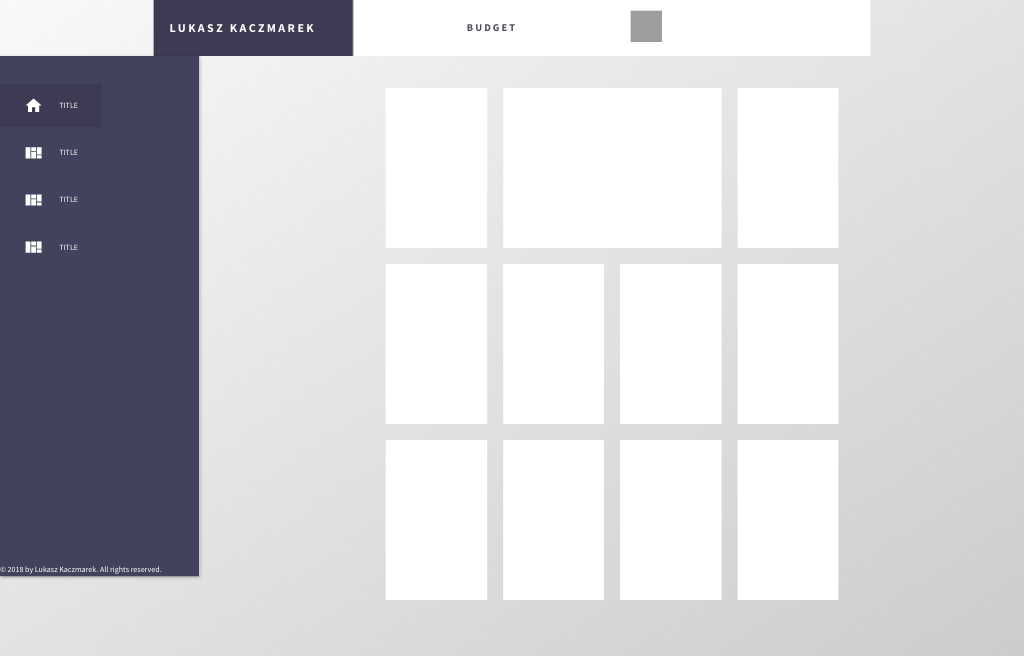
Repository: Archezi/BudgetApplication
Page: index.html
The author's editor kept a copy of each file at every save. The page is drawn from the files as they stood at one save, then again after the next save.
The browser window is 1280 px wide. The pictures show the whole page, at 80% of full size.
Pictures or frames that could not be fetched are drawn as grey boxes. The style sheet was rebuilt from its Sass, Less or Tailwind sources for each picture, by a compiler version that may differ from the author's.

Above is the page before, as saved 2018-08-29 11:18:14.

### index.html
<!DOCTYPE html>
<html lang="en">
<head>
    <meta charset="UTF-8">
    <meta name="viewport" content="width=device-width, initial-scale=1.0">
    <meta http-equiv="X-UA-Compatible" content="ie=edge">
    <link href="https://fonts.googleapis.com/css?family=Source+Sans+Pro:300,400,700" rel="stylesheet">
    <!--Import Google Icon Font-->
    <link href="https://fonts.googleapis.com/icon?family=Material+Icons" rel="stylesheet">
    <!--Import materialize.css-->
    <link type="text/css" rel="stylesheet" href="css/materialize.min.css"  media="screen,projection"/>
    <!-- Website style.css-->
    <link rel="stylesheet" href="css/style.comp.css">

    <title>Budget Application</title>

</head>
<body>
   <div class="container">
        <header class="header">
            <div class="logo">
                <h1>Lukasz Kaczmarek</h1>
            </div>
            <div class="page_title">
                <h2>Budget</h2>
            </div>
            <div class="user-nav">
                <div class="user-nav__icon"></div>
                <div class="user-nav__profile">
                    <img src="https://source.unsplash.com/random/40x40" alt="">
                </div>
            </div>
        </header>

        <div class="content">
            <nav class="sidebar">
                <ul class="side-nav">
                    <li class="side-nav__item side-nav__item--active">
                        <a href="#" class="side-nav__link">
                                <svg class="side-nav__icon" style="width:24px;height:24px" viewBox="0 0 24 24">
                                    <path fill="#fff" d="M10,20V14H14V20H19V12H22L12,3L2,12H5V20H10Z" />
                                </svg>
                            <span>Title</span>
                        </a>
                    </li>
                    <li class="side-nav__item ">
                        <a href="#" class="side-nav__link">
                            <svg class="side-nav__icon" style="width:24px;height:24px" viewBox="0 0 24 24">
                                <path fill="#000000" d="M2,5V19H8V5H2M9,5V10H15V5H9M16,5V14H22V5H16M9,11V19H15V11H9M16,15V19H22V15H16Z" />
                            </svg>
                            <span>Title</span>
                        </a>
                    </li>
                    <li class="side-nav__item ">
                        <a href="#" class="side-nav__link">
                            <svg class="side-nav__icon" style="width:24px;height:24px" viewBox="0 0 24 24">
                                <path fill="#000000" d="M2,5V19H8V5H2M9,5V10H15V5H9M16,5V14H22V5H16M9,11V19H15V11H9M16,15V19H22V15H16Z" />
                            </svg>
                            <span>Title</span>
                        </a>
                    </li>
                    <li class="side-nav__item ">
                        <a href="#" class="side-nav__link">
                            <svg class="side-nav__icon" style="width:24px;height:24px" viewBox="0 0 24 24">
                                <path fill="#000000" d="M2,5V19H8V5H2M9,5V10H15V5H9M16,5V14H22V5H16M9,11V19H15V11H9M16,15V19H22V15H16Z" />
                            </svg>
                            <span>Title</span>
                        </a>
                    </li>
                </ul>

                <div class="legal">
                    &copy; 2018 by Lukasz Kaczmarek. All rights reserved.
                </div>
            </nav>

            <div class="main">
                <div class="budget">
                    <div class="income-panel"> </div>
                    <div class="history-panel"></div>
                    <div class="expenses-panel"></div>
                </div>
                <div class="statistics">
                    <div class="net-profit-panel"></div>
                    <div class="tax-panel"></div>
                    <div class="savings-panel"></div>
                    <div class="projections"></div>

                </div>
                <div class="statistics">
                    <div class="net-profit-panel"></div>
                    <div class="tax-panel"></div>
                    <div class="savings-panel"></div>
                    <div class="projections"></div>

                </div>



            </div>


        </div>




   </div>

   <!-- Compiled and minified JavaScript -->
   <script src="https://cdnjs.cloudflare.com/ajax/libs/materialize/1.0.0-rc.2/js/materialize.min.js"></script>
</body>
</html>

### sass/main.scss
@import "base/reset";
@import "base/base";
@import "base/typography";

@import "abstracts/variables";
@import "components/mainComponent";
@import "components/layout";

### sass/base/_base.scss
:root {
    --color-primary: #eb2f64;
    --color-primary-light: #FF3366;
    --color-primary-dark: #BA265D;

    --color-background-dark: #3C3B53;
    --color-background-light: #43425D;

    --color-grey-light-1: #faf9f9;
    --color-grey-light-2: #f4f2f2;
    --color-grey-light-3: #f0eeee;
    --color-grey-light-4: #ccc;

    --color-grey-dark-1: #333;
    --color-grey-dark-2: #4D4F5C;
    --color-grey-dark-3: #999;
    --color-white: #fff;
    --shadow-dark: 0 2rem 6rem rgba(0,0,0,.3);
    --shadow-light: 0 2rem 5rem rgba(0,0,0,.06);

    --line: 1px solid var(--color-grey-light-2);
}

$bp-largest: 75em;     // 1200px
$bp-large: 68.75em;    // 1100px
$bp-medium: 56.25em;   // 900px
$bp-small: 37.5em;     // 600px
$bp-smallest: 31.25em; // 500px

* {
    margin: 0;
    padding: 0;
}

*,
*::before,
*::after {
    box-sizing: inherit;
}

html {
    box-sizing: border-box;
    font-size: 62.5%; // 1rem = 10px, 10px/16px = 62.5%

    @media only screen and (max-width: $bp-large) {
        font-size: 50%;
    }
}

body {


    color: var(--color-grey-dark-2);
    background-image: linear-gradient(to right bottom, var(--color-grey-light-1), var(--color-grey-light-4));
    background-size: cover;
    background-repeat: no-repeat;

    min-height: 100vh;
}

### sass/base/_typography.scss
body {

    font-weight: 400;
    line-height: 1.6;
    font-family: 'Source Sans Pro', sans-serif;
    text-rendering: optimizeLegibility;
    -webkit-font-smoothing: antialiased;

}

### sass/abstracts/_variables.scss
$header-height: 7rem;
$sidebar-width: 25rem;

$fraction: 1fr;

### sass/components/_mainComponent.scss

//////////////////////////////////////////
// Header

.logo {
    width: 25rem;
    padding: 0 2rem;

    border-right: var(--line);
    background: var(--color-background-dark);
    h1 {

        align-self: center;
        font-size: 1.5rem;
        font-weight: 700;
        line-height: 2rem;
        letter-spacing: 0.2em;
        text-transform: uppercase;
        padding: 2.5rem 0;
        color: var(--color-white);

    }
}
.page_title {
    width: 30rem;
    text-align: center;
    h2 {
        font-size: 1.3rem;
        font-weight: 700;
        letter-spacing: 0.2em;
        text-transform: uppercase;
    }
}
.user-nav {
    width: 30rem;
}



.side-nav {
    font-size: 1.5rem;
    list-style: none;
    margin-top: 3.5rem;

    &__item {
        position: relative;

        &:not(:last-child) {
            margin-bottom: .5rem;
        }
    }
    &__item::before {
        content: "";
        position: absolute;
        top: 0;
        left: 0;
        height: 100%;
        width: 3px;
        background-color: var(--color-background-dark);
        transform: scaleY(0);
        transition: transform .2s,
                    width .4s cubic-bezier(1,0,0,1) .2s,
                    background-color .1s;
    }

    &__item:hover::before,
    &__item--active::before {
        transform: scaleY(1);
        width: 100%;
    }

    &__item:active::before {
        background-color: var(--color-background-light);
    }

    &__link:link,
    &__link:visited {
        color: var(--color-grey-light-1);
        text-decoration: none;
        text-transform: uppercase;
        display: block;
        padding: 1.5rem 3rem;
        position: relative;
        z-index: 10;

        display: flex;
        align-items: center;

        @media only screen and (max-width: $bp-medium) {
            justify-content: center;
            padding: 2rem;
        }

        @media only screen and (max-width: $bp-small) {
            flex-direction: column;
            padding: 1.5rem .5rem;
        }
    }

    &__icon {
        width: 1.75rem;
        height: 1.75rem;
        margin-right: 2rem;
        fill: currentColor;
        path {
            fill: #fff;
        }
        @media only screen and (max-width: $bp-small) {
            margin-right: 0;
            margin-bottom: .7rem;
            width: 1.5rem;
            height: 1.5rem;
        }
    }
}

### sass/components/_layout.scss
.container {
    max-width: 100%;
    min-height: 100vh;
    margin: 0 auto;

}

.header {
    height: $header-height;
    background: var(--color-white);
    display: flex;
    justify-content: space-between;
    align-items: center;
}
.content {

}
.sidebar {
    border-right: var(--line);
    background-color: var(--color-background-light);
    position: fixed;
    left: 0;
    width: 25rem;
    // width: 25rem;
    display: flex;
    flex-direction: column;
    justify-content: space-between;
    min-height: calc(100vh - 7rem);
    z-index: 999;
}
.main {
    padding: 4rem 4rem 7rem 29rem;
    width: 100%;
    min-height: calc(100vh - 7rem);
    display: grid;
    grid-gap: 2rem;
    grid-auto-rows: minmax(20rem, auto);
    .budget {
        display: grid;
        grid-gap: 2rem;
        grid-template-columns: repeat(4, 1fr);

        & > * {
            background: var(--color-white);
        }
        .history-panel {
            grid-column: 2 / span 2;
            grid-auto-rows: $fraction;
        }
    }

    .statistics {
        display: grid;
        grid-gap: 2rem;
        grid-template-columns: repeat(4, 1fr);

        & > * {
            background: var(--color-white);
        }

    }
}
.footer {
    position: absolute;
    bottom: 0;
    background: var(--color-white);
    z-index: 1;
    height: $header-height;
    width: calc(100%);
    z-index: 100;
}

Loaded but not shown: css/materialize.min.css (library); sass/base/_reset.scss (common file)

After the next save:
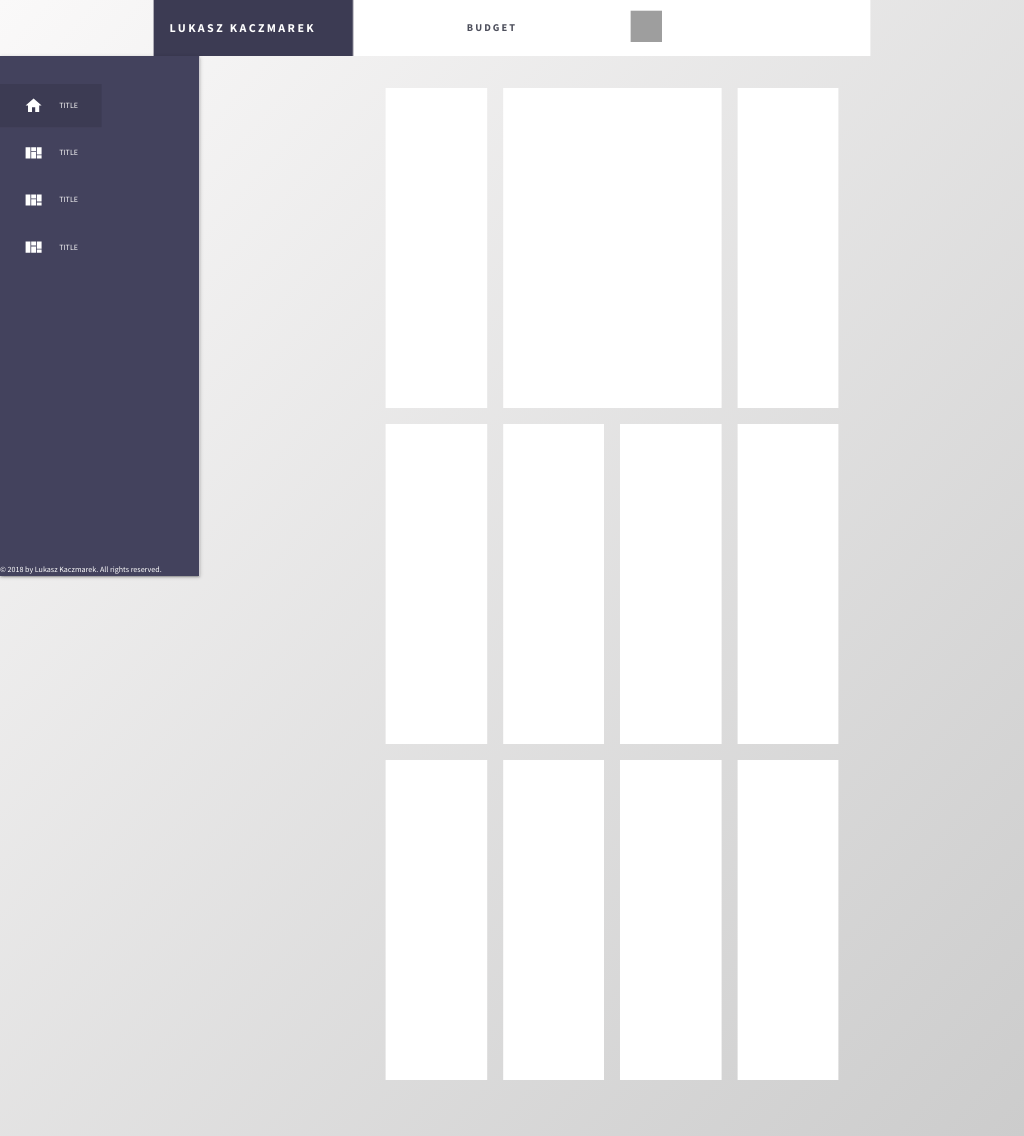
Saved 21 s later.
--- a/sass/components/_layout.scss
+++ b/sass/components/_layout.scss
@@ -34,7 +34,7 @@
     min-height: calc(100vh - 7rem);
     display: grid;
     grid-gap: 2rem;
-    grid-auto-rows: minmax(20rem, auto);
+    grid-auto-rows: minmax(40rem, auto);
     .budget {
         display: grid;
         grid-gap: 2rem;

After the save that followed:
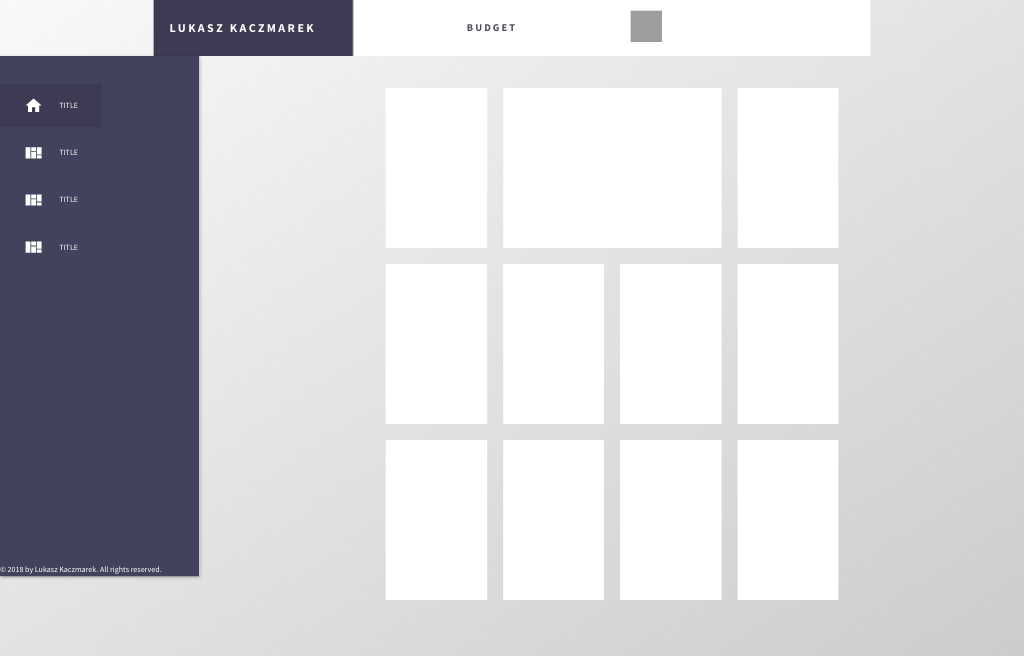
Saved 13 s later.
--- a/sass/components/_layout.scss
+++ b/sass/components/_layout.scss
@@ -34,7 +34,7 @@
     min-height: calc(100vh - 7rem);
     display: grid;
     grid-gap: 2rem;
-    grid-auto-rows: minmax(40rem, auto);
+    grid-auto-rows: minmax(20rem, auto);
     .budget {
         display: grid;
         grid-gap: 2rem;
